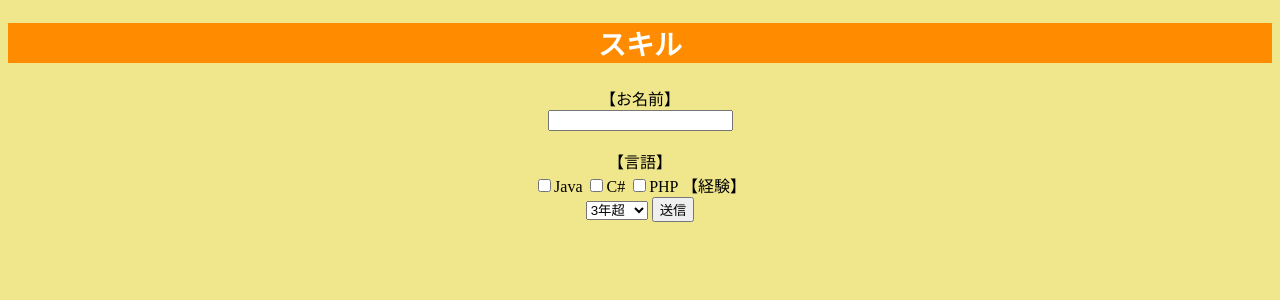
Repository: kazuya-arita/practice-eclipse
Page: JavaWebEx0801/src/main/webapp/input.html
These files come from the project's save history. The page is drawn as it stood at one moment and after the next save; the edit follows.
The browser window is 1280 px wide. The pictures show the whole page.

Above is the page before, as saved 2024-05-26 06:39:16.

After the next save:
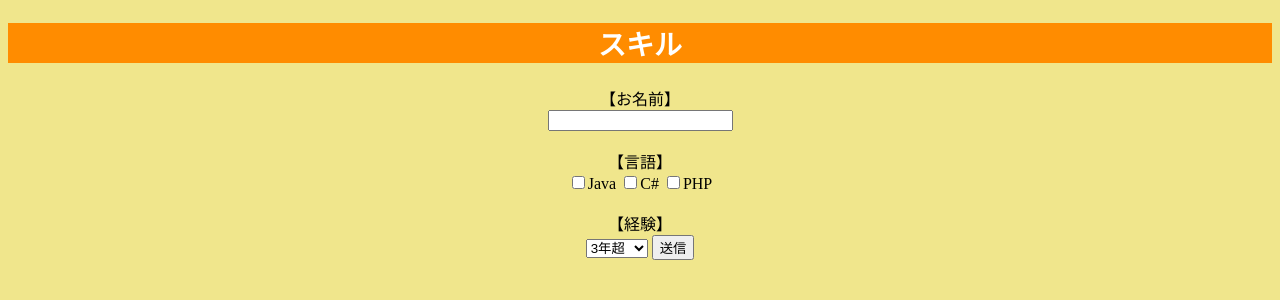
Saved 13 s later.
--- a/JavaWebEx0801/src/main/webapp/input.html
+++ b/JavaWebEx0801/src/main/webapp/input.html
@@ -14,7 +14,7 @@
 		<label>【言語】</label><br>
 		<input type="checkbox" name="verbal" value="Java">Java
 		<input type="checkbox" name="verbal" value="C#">C#
-		<input type="checkbox" name="verbal" value="PHP">PHP
+		<input type="checkbox" name="verbal" value="PHP">PHP<br><br>
 
 		<label>【経験】</label><br>
 		<select name="experience">
